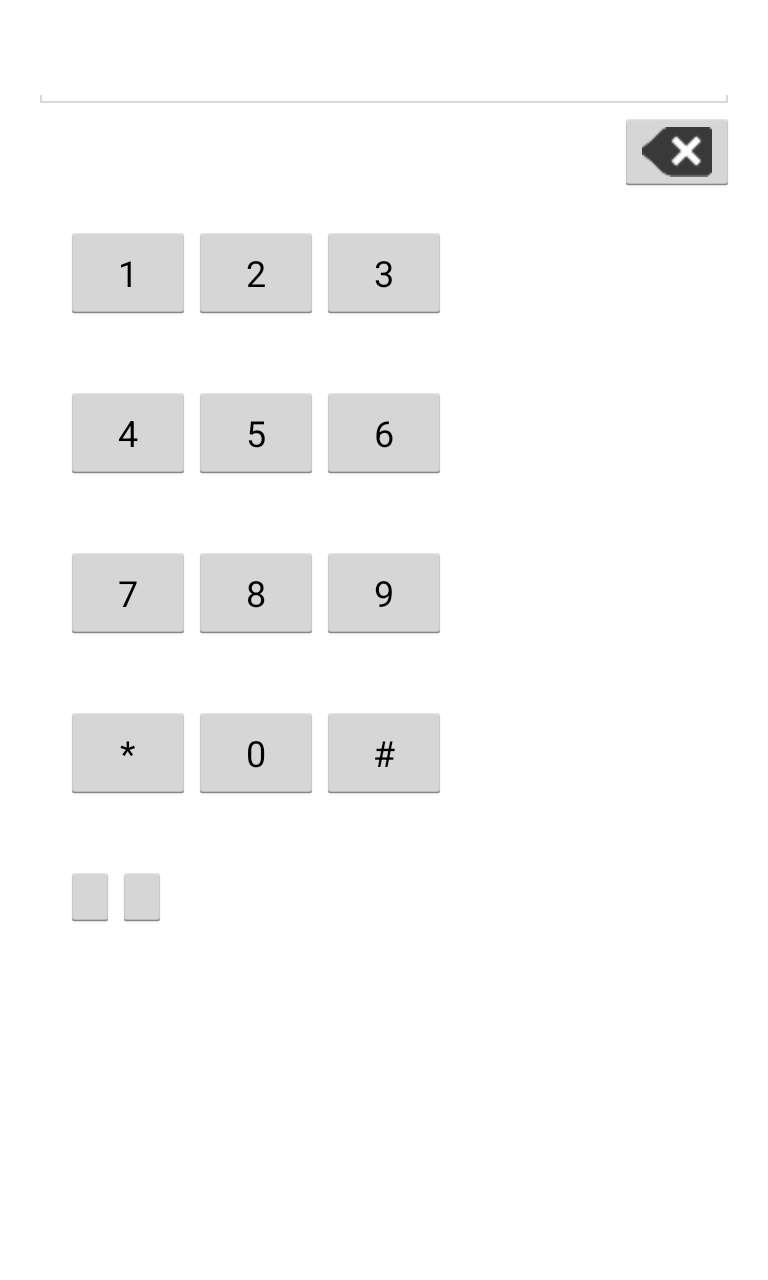
Repository: andreeastoican/Laborator03
Layout: PhoneDialer/res/layout/activity_phone_dialer.xml
These files come from the project's save history. The layout is drawn as it stood at one moment and after the next save; the edit follows.
It is drawn on a 768 x 1280 px phone screen (xhdpi) without system bars, with theme AppTheme; the app's code is not run.

Above is the layout before, as saved 2015-03-10 09:38:12.

After the next save:
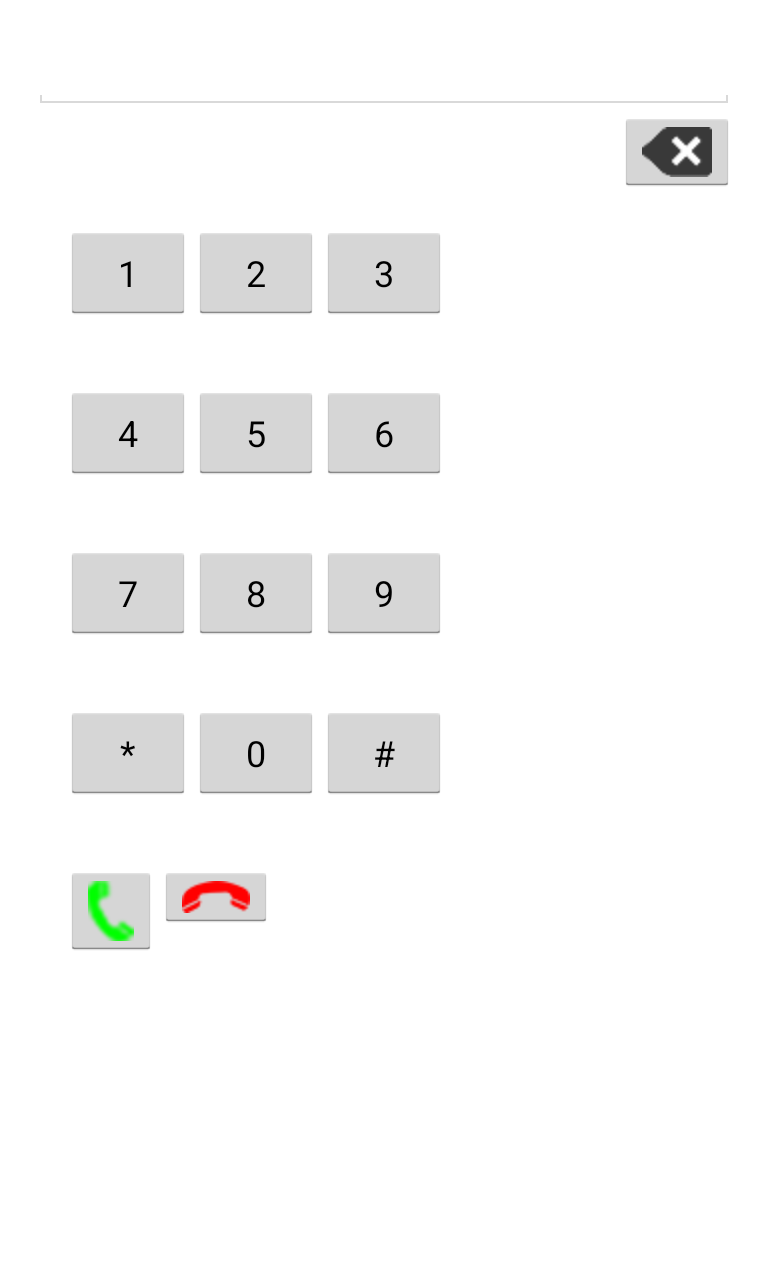
Saved 70 s later.
--- a/PhoneDialer/res/layout/activity_phone_dialer.xml
+++ b/PhoneDialer/res/layout/activity_phone_dialer.xml
@@ -168,7 +168,7 @@
 		    android:id="@+id/img_on"
 		    android:layout_width="wrap_content"
 	        android:layout_height="wrap_content"
-	        android:text="*"
+	        android:src="@drawable/call"
 		    />
 
 		<ImageButton
@@ -177,6 +177,7 @@
 	        android:layout_height="wrap_content"
 	        android:text="#"
 	        android:layout_alignParentLeft="true"
+	        android:src="@drawable/hangup"
 		    />
 	</LinearLayout>"
 
